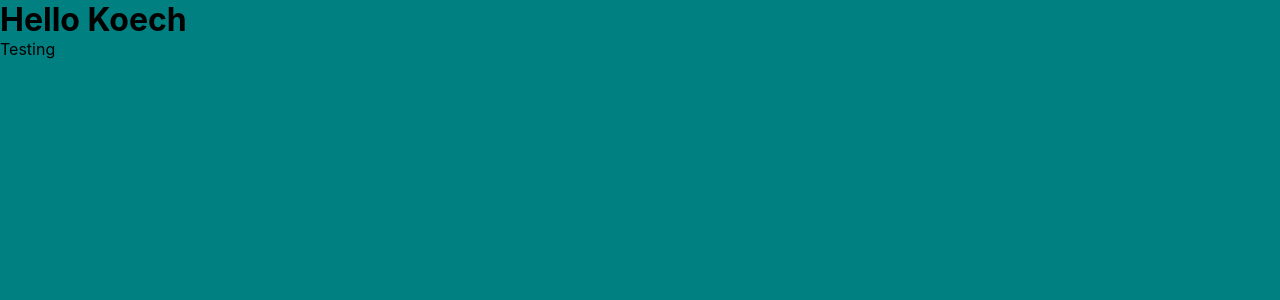
Repository: Exdevo/React
Page: /
These files come from the project's save history. The page is drawn as it stood at one moment and after a run of saves; the edit follows.
The browser window is 1280 px wide. The pictures show the whole page.
The project was rebuilt for these pictures with package versions that can differ from the ones it lists, and the page was loaded fresh each time. Also part of the build but not shown: src/ItemDescription.js, src/Product.js.

Above is the page before, as saved 2023-02-12 13:38:17.

### src/App.js
import './App.css';
import Product from './Product';

function App() {

  const name= "Koech";
  let isProgrammer= true;


  return (
    <div className="App">
     <h1> Hello {isProgrammer ? name : "TodayIsMe"} </h1>
     {name ?(
      <>Testing</>
     ):(
      <>
      <h1>Welcome back</h1>
      <h2>Yes, am a programmer!</h2>
      </>
     )}



      {/* < Product
      name='Phone'
      description='Samsung'
      price='4300'
      />
      < Product
      name='Laptop'
      description='Mac'
      price='24000'
      />
      < Product
      name='Woofer'
      description='Vitron'
      price='2300'
      /> */}

    </div>
  );
}

export default App;

### src/App.css
*{
  margin: 0;
  background-color: teal;
}

Loaded but not shown: public/index.html (common file); src/index.js (common file); src/index.css (common file)

After the next 2 saves:
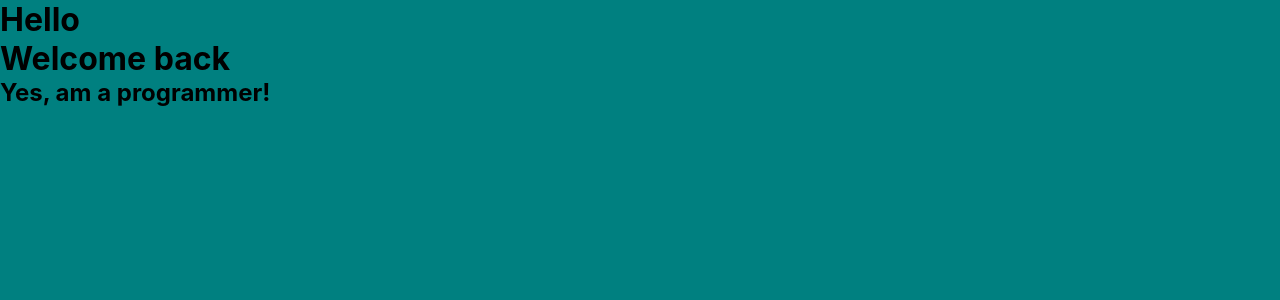
The 2 saves are shown as one change because 1 did not build or start.
The last was saved 63 s later.
--- a/src/App.js
+++ b/src/App.js
@@ -3,7 +3,7 @@ import Product from './Product';
 
 function App() {
 
-  const name= "Koech";
+  const name= null;
   let isProgrammer= true;
 
 
